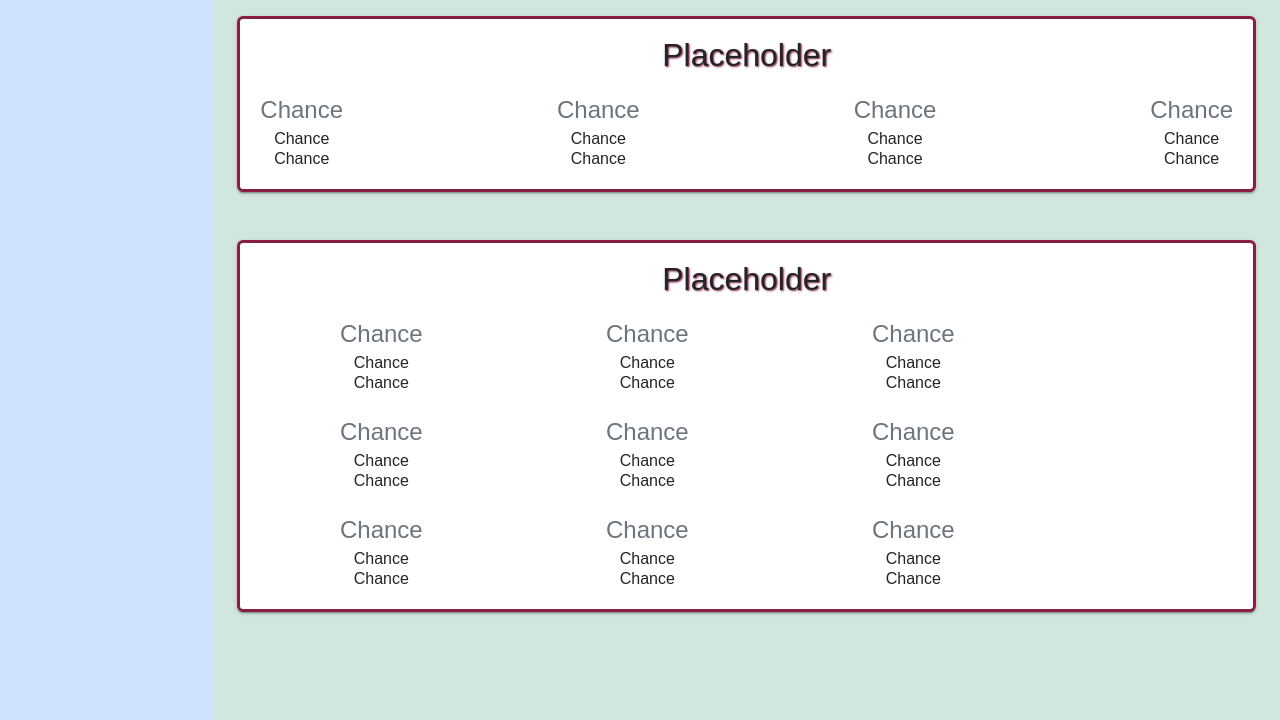
Repository: chancellor-w-whitaker/bec-tab
Page: /
The author's editor kept a copy of each file at every save. The page is drawn from the files as they stood at one save, then again after the next save.
The browser window is 1280 px wide. The pictures show the whole page.
Some web fonts or font styles are not loaded; a fallback is used. The project was rebuilt for these pictures with package versions that can differ from the ones it lists, and the page was loaded fresh each time. Also part of the build but not shown: vite.config.js.

Above is the page before, as saved 2024-01-08 22:54:02.

After the next save:
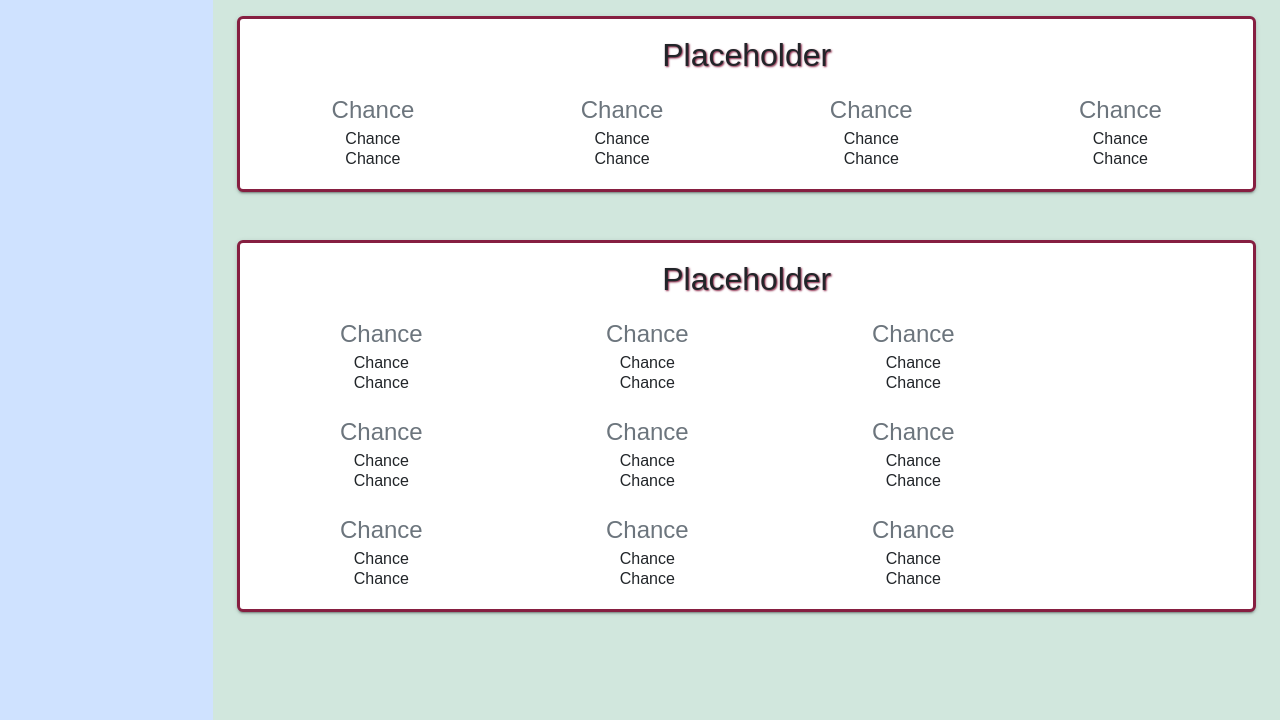
Saved 11 s later.
--- a/src/CleanedApp.jsx
+++ b/src/CleanedApp.jsx
@@ -24,7 +24,7 @@ const MainContent = () => {
     <>
       <div className="col-md-9 col-xl-10 ms-sm-auto px-md-4 py-3 bg-success-subtle">
         <div className="d-flex flex-column gap-5">
-          <SecondaryContent className="justify-content-between">
+          <SecondaryContent className="justify-content-around">
             <TertiaryContent title="Chance">
               <div>Chance</div>
               <div>Chance</div>
